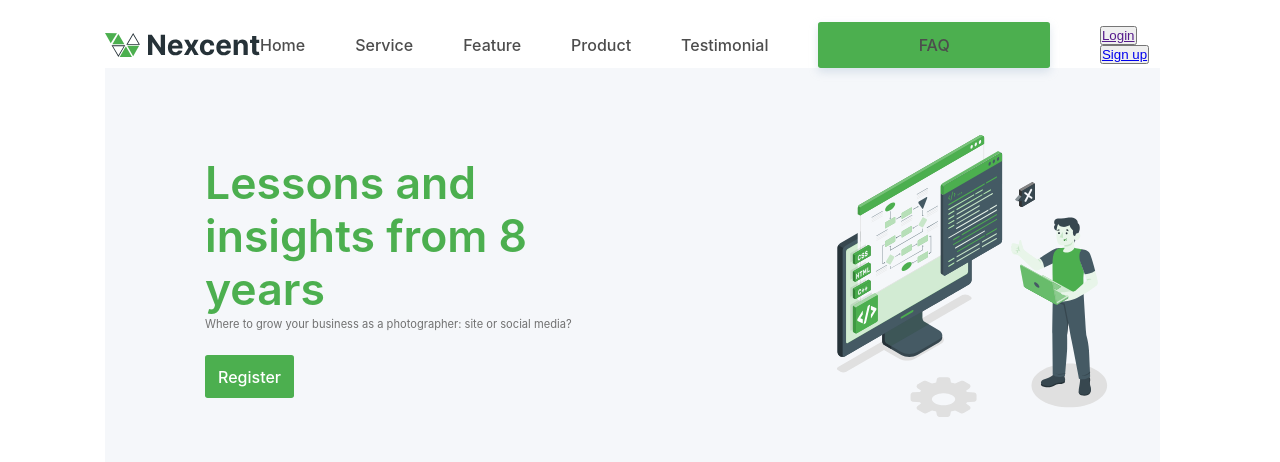
Repository: kubrazamanova/Folder4
Page: homePage/index.html
These files come from the project's save history. The page is drawn as it stood at one moment and after the next save; the edit follows.
The browser window is 1280 px wide. The pictures show the whole page.

Above is the page before, as saved 2023-11-11 11:36:01.

### homePage/index.html
<!DOCTYPE html>
<html lang="en">
  <head>
    <meta charset="UTF-8" />
    <meta name="viewport" content="width=device-width, initial-scale=1.0" />
    <link rel="stylesheet" href="index.css" />
    <title>Document</title>
  </head>
  <body>

    <div class="container">
      <nav>
        <img src="../images/Logo.svg" alt="">
        <ul>

          <li>
            <a href="#">Home</a>
          </li>

          <li>
            <a href="#">Service</a>
          </li>
          <li>
            <a href="#">Feature</a>
          </li>

          <li>
            <a href="#">Product</a>
          </li>

          <li>
            <a href="#">Testimonial</a>
          </li>

          <li>
            <a href="#">FAQ</a>
          </li>

        </ul>
        <div class="buttons-box">
            <button class="login-btn">
                <a href="">Login</a>
            </button>
            <button class="signup-btn">
                <a href="#">Sign up</a>
            </button>
        </div>
      </nav>

      <div class="box2">
        <div class="left-side">
          <h1>Lessons and insights from 8 years</h1>
          <h2>
            Where to grow your business as a photographer: site or social media?
          </h2>
          <a href="#">Register</a>
        </div>

        <div class="right-side">
          <img src="../images/Illustration.svg" alt="" />
        </div>
      </div>
    </div>
  </body>
</html>

### homePage/index.css
* {
  margin: 0;
  padding: 0;
  box-sizing: border-box;
}

.container {
  min-height: 100vh;
  padding: 22px 120px 96px 105px;
}
.container nav{
  display: flex;
  align-items: center;
justify-content: space-between;
}
.container nav ul {
  display: flex;
  align-items: center;
}

.container nav ul li {
  list-style-type: none;
  margin-right: 50px;
}

.container nav ul li a {
  color: var(--neutral-d-grey, #4d4d4d);
  text-align: center;
  font-family: Inter;
  font-size: 16px;
  font-style: normal;
  font-weight: 500;
  line-height: 24px;
  text-decoration: none;
}

.container nav ul li:last-child {
  text-decoration: none;
  color: var(--neutral-white, #fff);
  text-align: center;
  font-family: Inter;
  font-size: 16px;
  font-style: normal;
  font-weight: 500;
  line-height: 24px;
  display: flex;
  /* width: 133px; */
  padding: 11.137px 100.234px;
  justify-content: center;
  align-items: center;
  gap: 43.852px;
  background: var(--neutral-white, #fff);
  box-shadow: 0px 4px 8px 0px rgba(171, 190, 209, 0.4);
  border-radius: 2.784px;
  background: var(--brand-primary, #4caf4f);
}

.container nav ul li:nth-child(8) a {
  color: var(--brand-primary, #4caf4f);
  text-align: center;
  font-feature-settings: "salt" on, "clig" off, "liga" off;
  font-family: Inter;
  font-size: 14px;
  font-style: normal;
  font-weight: 500;
  line-height: 20px;
}

.container .box2 {
  display: flex;
  justify-content: space-between;
  align-items: center;
  padding: 66px 52px 66px 100px;
  background: var(--neutral-silver, #f5f7fa);
}

.container .box2 .left-side h1 {
  width: 450px;
  /* display: block;
    margin-top: 111px; */
  color: var(--neutral-d-grey, #4d4d4d);
  font-family: Inter;
  font-size: 44.548px;
  font-style: normal;
  font-weight: 600;
  line-height: 52.901px;
  color: var(--brand-primary, #4caf4f);
  font-family: Inter;
  font-size: 44.548px;
  font-style: normal;
  font-weight: 600;
  line-height: 52.901px;
  align-self: stretch;
}

.container .box2 .left-side h2 {
  /* display: flex;
     margin-bottom: 120px; */
  color: var(--neutral-grey, #717171);
  font-family: Inter;
  font-size: 11.137px;
  font-style: normal;
  font-weight: 400;
  line-height: 16.706px;
  margin-bottom: 22px;
}

.container .box2 .left-side a {
  width: 89px;
  text-decoration: none;
  color: var(--neutral-white, #fff);
  text-align: center;
  font-family: Inter;
  font-size: 16px;
  font-style: normal;
  font-weight: 500;
  line-height: 24px;
  display: flex;
  padding: 9.745px 22.274px;
  justify-content: center;
  align-items: center;
  gap: 6.961px;
  border-radius: 2.784px;
  background: var(--brand-primary, #4caf4f);
}

.container .box2 .right-side img {
  width: 272.163px;
  height: 283.3px;
}

After the next save:
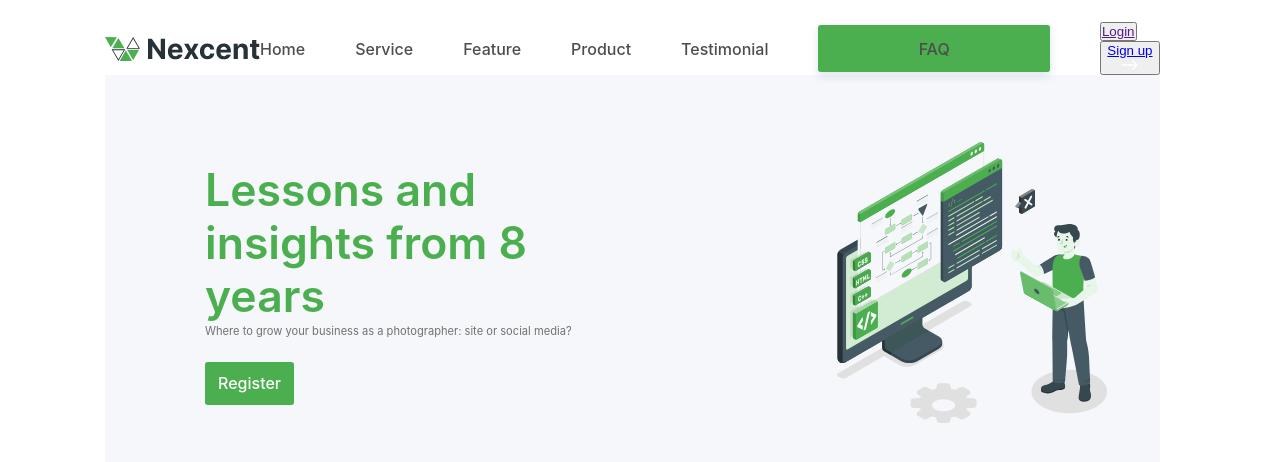
Saved 111 s later.
--- a/homePage/index.html
+++ b/homePage/index.html
@@ -43,6 +43,9 @@
             </button>
             <button class="signup-btn">
                 <a href="#">Sign up</a>
+                <svg xmlns="http://www.w3.org/2000/svg" width="17" height="10" viewBox="0 0 17 10" fill="none">
+                    <path d="M12 9L15.2929 5.70711C15.6834 5.31658 15.6834 4.68342 15.2929 4.29289L12 1M15 5L1 5" stroke="white" stroke-width="1.5" stroke-linecap="round"/>
+                    </svg>
             </button>
         </div>
       </nav>
